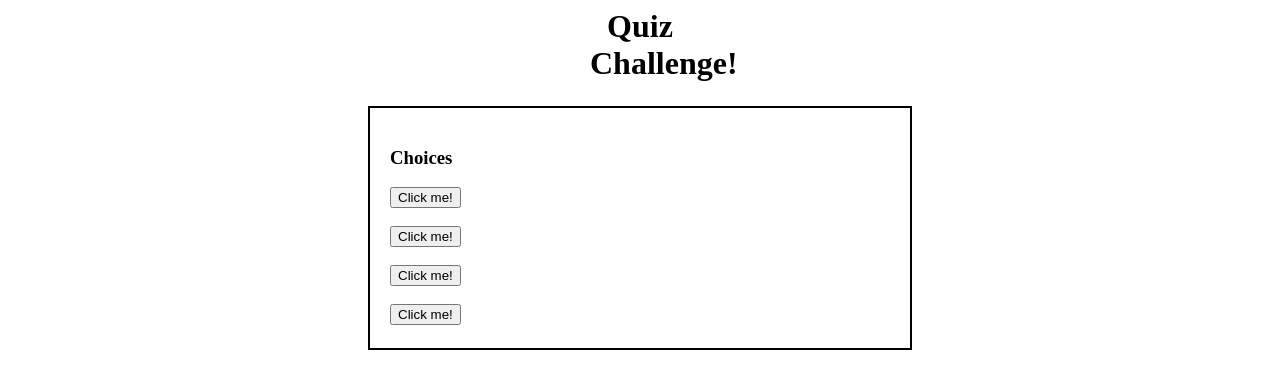
Repository: s88leigh/Quiz-Challenge
Page: index.html
The author's editor kept a copy of each file at every save. The page is drawn from the files as they stood at one save, then again after a run of saves.
The browser window is 1280 px wide. The pictures show the whole page.

Above is the page before, as saved 2019-10-18 00:29:44.
Console error: ReferenceError: questionText is not defined

After the next 2 saves:
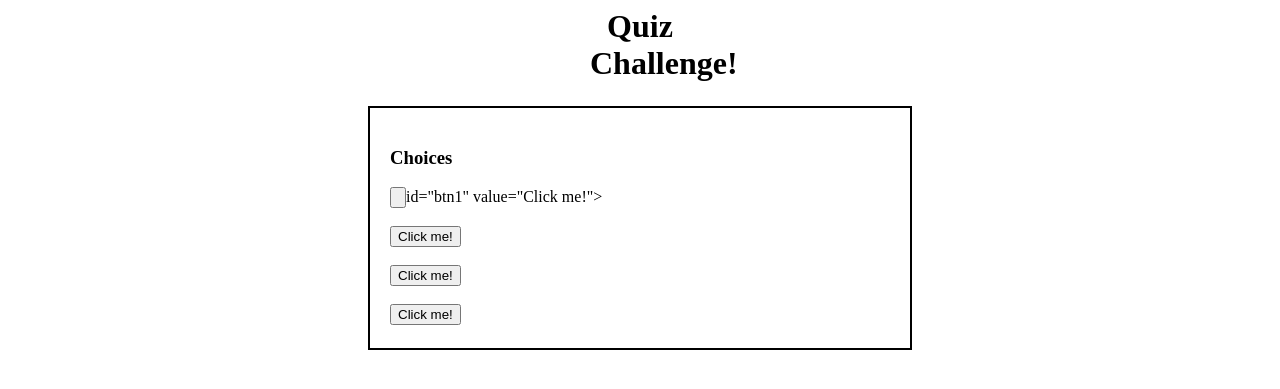
Console error: TypeError: Cannot read properties of null (reading 'addEventListener')
The 2 saves are shown as one change because they came seconds apart.
The last was saved 8 h 46 min later.
--- a/index.html
+++ b/index.html
@@ -16,7 +16,7 @@
 
             <h3>Choices</h3>
 
-            <input type="button" id="btn1"  value="Click me!"> <br> <br>
+            <input type="button" <span>id="btn1"  value="Click me!"> <br> <br>
             <input type="button" id="btn2"  value="Click me!"> <br> <br>
             <input type="button" id="btn3"  value="Click me!"> <br> <br>
             <input type="button" id="btn4"  value="Click me!">
